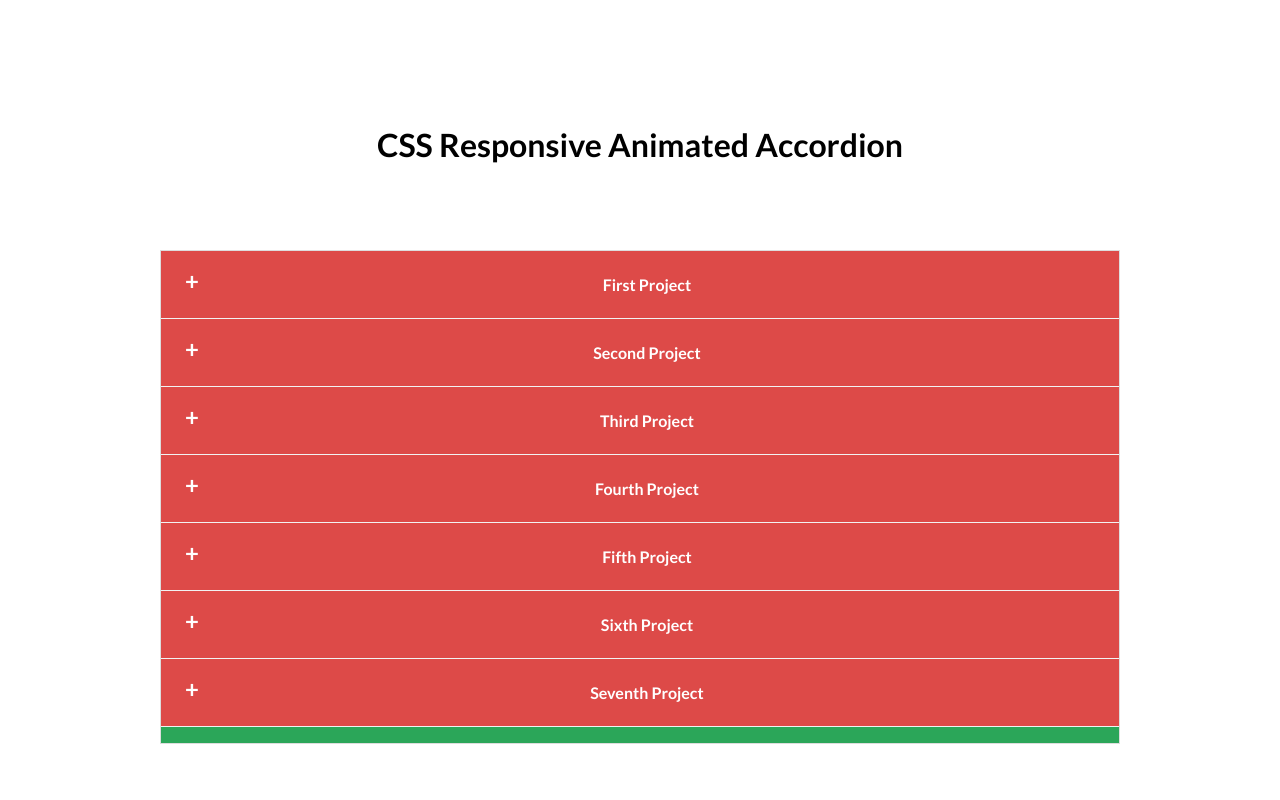
Repository: Imprasna/personalperform
Page: index.html
These files come from the project's save history. The page is drawn as it stood at one moment and after the next save; the edit follows.
The browser window is 1280 px wide. The pictures show the whole page.
The style sheet was rebuilt from its Sass, Less or Tailwind sources for each picture, by a compiler version that may differ from the author's.

Above is the page before, as saved 2021-12-30 22:33:27.

After the next save:
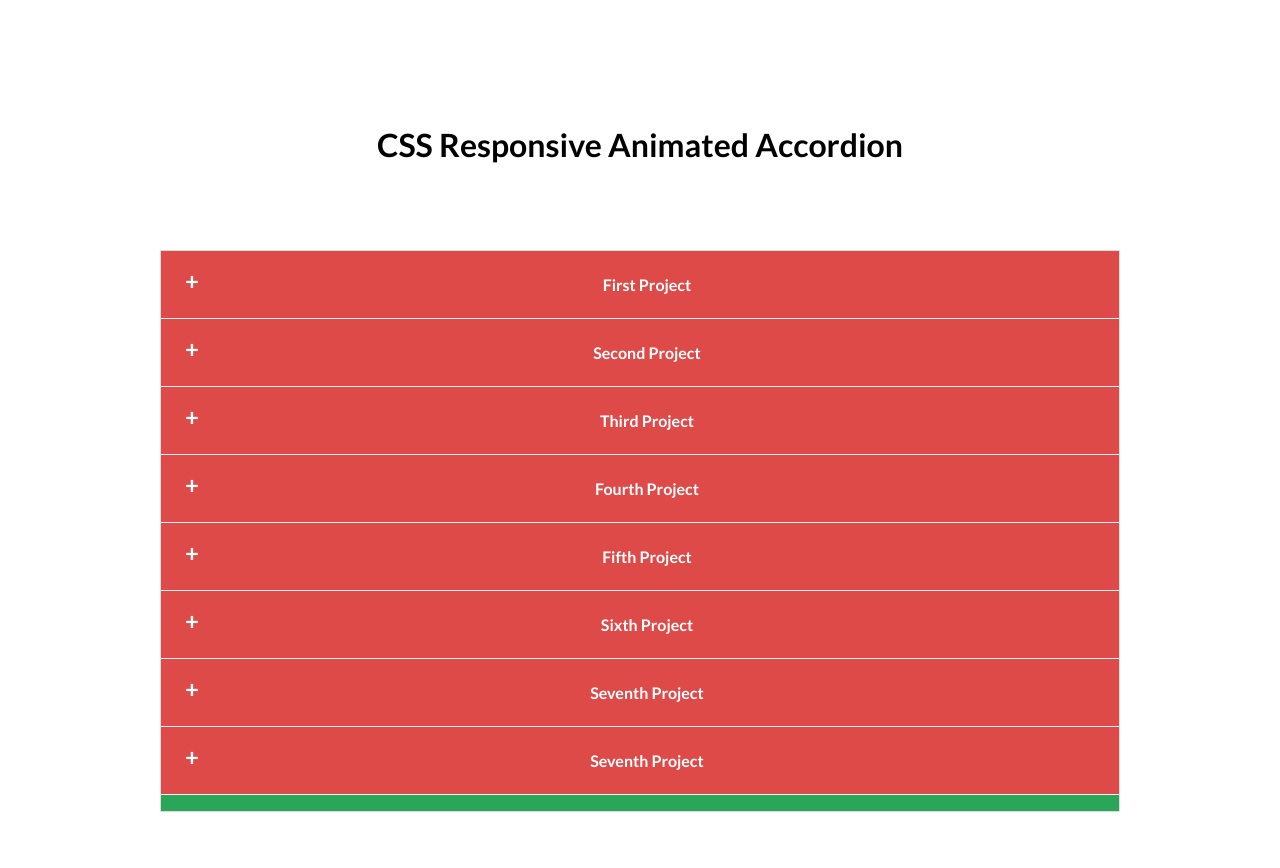
Saved 8 s later.
--- a/index.html
+++ b/index.html
@@ -108,6 +108,20 @@
                     </p>
                 </dd>
 
+                <dt>
+                    <a href="#accordion3" aria-expanded="false" aria-controls="accordion3"
+                        class="accordion-title accordionTitle js-accordionTrigger">
+                        Seventh Project
+                    </a>
+                </dt>
+                <dd class="accordion-content accordionItem is-collapsed" id="accordion3" aria-hidden="true">
+                    <p>Project Name : Consolidated One.</p>
+                    <p>No. of Days: 18 Days.</p>
+                    <p>ToolS Used: Webflow.</p>
+                    <p>The time I joined the Company, this has been the first project that has been handed to me. Since I had no touch to whatever I learnt previously. It took me nearly 6 months and also due to the delay of contents from the client it took me so long in getting this project completed.
+                    </p>
+                </dd>
+
             </dl>
         </div>
     </div>
